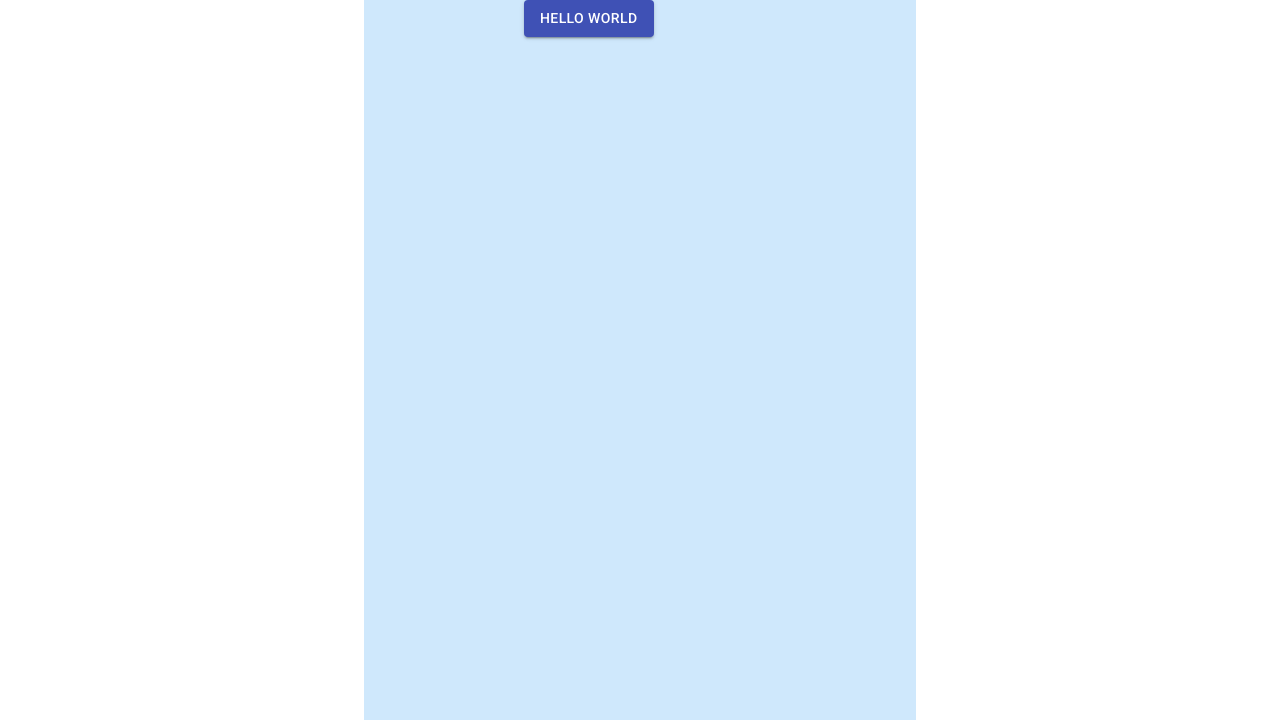
Repository: cherguiyacine/gitHubSearch
Page: /
An editor plug-in stored every save of this project. The page is shown before and after the next save, followed by the edit.
The browser window is 1280 px wide. The pictures show the whole page.
The project was rebuilt for these pictures with package versions that can differ from the ones it lists, and the page was loaded fresh each time. Also part of the build but not shown: src/Component/Layout/Navbar.js, src/Component/Users/UserItem.js, src/Component/Layout/Spinner.js, src/Component/Users/Users.js, src/Component/Users/Search.js, src/App.js.

Above is the page before, as saved 2019-11-21 23:34:52.

### public/index.html
<!DOCTYPE html>
<html lang="en">
  <head>
    <meta charset="utf-8" />
    <link rel="icon" href="%PUBLIC_URL%/favicon.ico" />
    <meta name="viewport" content="width=device-width, initial-scale=1" />
    <meta name="theme-color" content="#000000" />
    <meta
      name="description"
      content="Web site created using create-react-app"
    />
    <link rel="apple-touch-icon" href="logo192.png" />

    <link rel="manifest" href="%PUBLIC_URL%/manifest.json" />
    <link
      rel="stylesheet"
      href="https://cdnjs.cloudflare.com/ajax/libs/font-awesome/4.7.0/css/font-awesome.min.css"
    />
    <link
      rel="stylesheet"
      href="https://fonts.googleapis.com/css?family=Roboto:300,400,500,700&display=swap"
    />
    <link
      rel="stylesheet"
      href="https://fonts.googleapis.com/icon?family=Material+Icons"
    />

    <title>Yacine App</title>
  </head>
  <body>
    <noscript>You need to enable JavaScript to run this app.</noscript>
    <div id="root"></div>
  </body>
</html>

### src/index.js
import React from "react";
import ReactDOM from "react-dom";
import "./index.css";
import App from "./App";
import Authentification from "./Authentification";
import * as serviceWorker from "./serviceWorker";

ReactDOM.render(<Authentification />, document.getElementById("root"));

// If you want your app to work offline and load faster, you can change
// unregister() to register() below. Note this comes with some pitfalls.
// Learn more about service workers: https://bit.ly/CRA-PWA
serviceWorker.unregister();

### src/Authentification.js
import React, { Component } from "react";
import Button from "@material-ui/core/Button";
import { Box } from "@material-ui/core";
import CssBaseline from "@material-ui/core/CssBaseline";
import Typography from "@material-ui/core/Typography";
import Container from "@material-ui/core/Container";

export class Authentification extends Component {
  onClick = e => {
    e.preventDefault();

    console.log("hey");
  };
  render() {
    return (
      // //   <Box color='white' bgcolor='palevioletred' p={1}>
      // //   <Button variant='contained' color='primary'>
      // //     Hello World
      // //   </Button>
      // / </Box>
      <React.Fragment>
        <Container maxWidth='sm'>
          <Typography
            component='div'
            style={{ backgroundColor: "#cfe8fc", height: "100vh" }}
          >
            <Box component='span' m={20}>
              <Button
                onClick={this.onClick}
                variant='contained'
                color='primary'
              >
                Hello World
              </Button>
            </Box>
          </Typography>
        </Container>
      </React.Fragment>
    );
  }
}

export default Authentification;

Loaded but not shown: src/index.css (common file); src/serviceWorker.js (common file); src/App.css (common file)

After the next save:
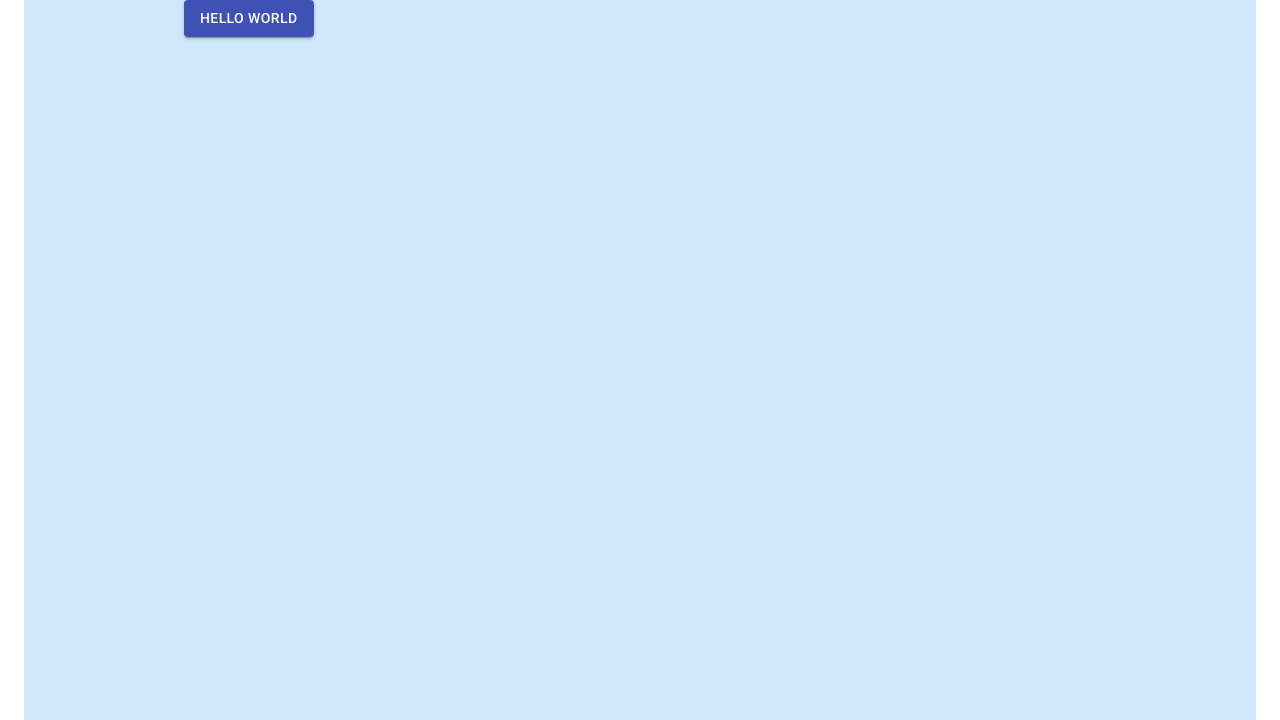
Saved 65 s later.
--- a/src/Authentification.js
+++ b/src/Authentification.js
@@ -19,7 +19,7 @@ export class Authentification extends Component {
       // //   </Button>
       // / </Box>
       <React.Fragment>
-        <Container maxWidth='sm'>
+        <Container fixed>
           <Typography
             component='div'
             style={{ backgroundColor: "#cfe8fc", height: "100vh" }}
